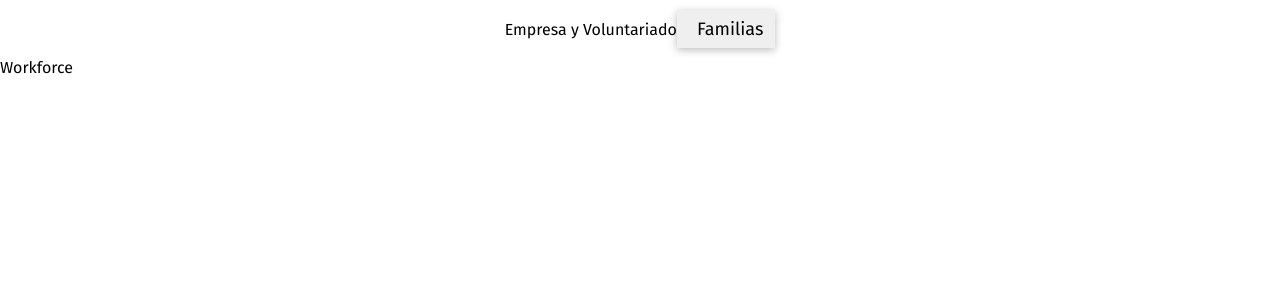
Repository: Synergy-club/reconstruction
Page: /
The author's editor kept a copy of each file at every save. The page is drawn from the files as they stood at one save, then again after the next save.
The browser window is 1280 px wide. The pictures show the whole page.
The project was rebuilt for these pictures with package versions that can differ from the ones it lists, and the page was loaded fresh each time. Also part of the build but not shown: vite.config.js, src/views/Families/Families.jsx.

Above is the page before, as saved 2024-12-10 01:13:45.

### index.html
<!DOCTYPE html>
<html lang="en">
  <head>
    <meta charset="UTF-8" />
    <link rel="icon" type="image/svg+xml" href="/vite.svg" />
    <meta name="viewport" content="width=device-width, initial-scale=1.0 user-scalable=no" />
    <meta name="description" content="Agrupación de profesionales de primer nivel de los sectores de la logística, arquitectura y construcción unidos para gestionar y coordinar los esfuerzos de reconstrucción tras las inundaciones. Garantizando la trazabilidad y transparencia de las donaciones.
      La emisión de certificados inmediatos de donaciones así como los reconocimientos al voluntariado se harán bajo el paraguas de Fundación Synergy Club internacional, una plataforma abierta que suma acciones de asociaciones y fundaciones. Siempre y todas ellas sin ninguna vinculación política y sin ánimo de lucro.
      Esta iniciativa está abierta a todos los profesionales, voluntarios y héroes vecinales que necesitan o pueden aportar recursos eficientes y de calidad para la reconstrucción.
      Nos apoyamos y promovemos las agrupaciones improvisadas de vecinos de las zonas afectadas por la catástrofe que han reaccionado y son un referente de ayuda inmediata y conocimiento real de las situaciones de sus vecinos."
    />
    <meta name="author" content="Synergy Clubs International" />
    <title>Reconstrucción Valencia</title>
  </head>
  <body>
    <div id="root"></div>
    <script type="module" src="/src/main.jsx"></script>
  </body>
</html>

### src/main.jsx
import { StrictMode } from 'react'
import { createRoot } from 'react-dom/client'
import { BrowserRouter } from 'react-router-dom'
import './assets/global-style/style.css'
import App from './App.jsx'
import { ReducerProvider } from './contexts/ReducerContext.jsx'
import { ReferenceProvider } from './contexts/ReferenceContext.jsx'

createRoot(document.getElementById('root')).render(
  <StrictMode>
    <BrowserRouter>
      <ReducerProvider>
        <ReferenceProvider>
          <App />
        </ReferenceProvider>
      </ReducerProvider>
    </BrowserRouter>
  </StrictMode>
)

### src/assets/global-style/style.css
@import url('https://fonts.googleapis.com/css2?family=Fira+Sans:ital,wght@0,100;0,200;0,300;0,400;0,500;0,600;0,700;0,800;0,900;1,100;1,200;1,300;1,400;1,500;1,600;1,700;1,800;1,900&display=swap');
:root {
  /* BACKGROUND COLOR */
  --bg-dark: #222222;
  --bg-white: #ffffff;

  /*FONT*/
  --font-main: 'Fira Sans', sans-serif;

  /*COLOR TEXT*/
  --text-primary: #222222;

  /*SPACING AND ROUNDED*/
  --spacing-xs: 8px;
  --spacing-s: 12px;
  --spacing-m: 16px;
  --spacing-l: 24px;
  --spacing-xl: 48px;

  /*FONT SIZE*/
  --font-size-xs: 12px;
  --font-size-s: 16px;
  --font-size-m: 18px;
  --font-size-l: 22px;
  --font-size-xl: 28px;
}
* {
  margin: 0;
  padding: 0;
  box-sizing: border-box;
  font-family: var(--font-main);
}

html {
  scroll-behavior: smooth;
}
h1,
h2,
h3,
h4,
h5 {
  font-size: var(--font-size-xl);
}
p,
button,
li {
  font-size: var(--font-size-m);
}

ul {
  list-style-type: disc;
  padding-left: 20px;
}
a {
  text-decoration: none;
}
button {
  cursor: pointer;
  padding: var(--spacing-xs) var(--spacing-s);
  text-transform: capitalize;
  border: none;
  transition: all 0.3s ease-in-out;
  box-shadow: 0 2px 8px rgba(0, 0, 0, 0.267);
  display: flex;
  justify-content: center;
  align-items: center;
  gap: 8px;
}

button:hover {
  transform: scale(0.98);
}

@keyframes fadeInUp {
  0% {
    opacity: 0;
    transform: translateY(20px);
  }
  100% {
    opacity: 1;
    transform: translateY(0);
  }
}

.fadeIn {
  opacity: 1;
  animation: fadeInUp 0.5s ease-in;
}

@keyframes show {
  from {
    opacity: 0;
    scale: 50%;
  }
  to {
    opacity: 1;
    scale: 100%;
  }
}

@media (max-width: 850px) {
  h1,
  h2,
  h3,
  h4,
  h5 {
    font-size: var(--font-size-xl);
  }

  button,
  li,
  p {
    font-size: var(--font-size-s);
    line-height: 20px;
  }
}

@media (max-width: 400px) {
  h1,
  h2,
  h3,
  h4,
  h5 {
    font-size: var(--font-size-xl);
  }
  li,
  button,
  a {
    font-size: var(--font-size-s);
  }
  p {
    font-size: 14px;
  }
}

### src/App.jsx
import { Route, Routes } from 'react-router-dom'
import Layout from './layout/Layout'
import Workforce  from './views/Workforce/Workforce '
import Families from './views/Families/Families'
import NotFound from './views/404/NotFound'

const App = () => {
  return (
    <Routes>
      <Route path='/' element={<Layout />}>
        <Route index element={<Workforce  />} />
        <Route path='familias' element={<Families />} />
        {/*ERROR LINK*/}
        <Route path='*' element={<NotFound />} />
        <Route />
      </Route>
    </Routes>
  )
}

export default App

### src/contexts/ReducerContext.jsx
import { createContext } from 'react'

export const ReducerContext = createContext()
export const ReducerProvider = ({children}) => {
  return (
    <ReducerContext.Provider value={{}}>{ children }</ReducerContext.Provider>
  )
}

### src/contexts/ReferenceContext.jsx
import { createContext } from 'react'

export const ReferenceContext = createContext()

export const ReferenceProvider = ({ children }) => {
  return <ReferenceContext.Provider value={{}}>{children}</ReferenceContext.Provider>
}

### src/layout/Layout.jsx

import { Fragment } from 'react'
import { Outlet } from 'react-router-dom'
import Header from '../components/Header/Header'

const Layout = () => {
  return (
    <Fragment>
    <header><Header /></header>
    <div>
      <Outlet />

    </div>
    </Fragment>
  )
}

export default Layout

### src/views/Workforce/Workforce .jsx
const Workforce = () => {
  return <div>Workforce </div>
}

export default Workforce

### src/views/404/NotFound.jsx
import React, { useEffect } from 'react'
import { useNavigate } from 'react-router-dom'

const NotFound = () => {
  const navigate = useNavigate()
  useEffect(() => {
    const timeout = setTimeout(() => {
      navigate('../')
    }, 300)
    return () => clearTimeout(timeout)
  }, [navigate])
}

export default NotFound

### src/components/Header/Header.jsx
import { Link } from 'react-router-dom'
import './Header.css'

const Header = () => {
  return (
    <nav className='nav__container'>
      <div><Link to='/' />Empresa y Voluntariado</div>
      <button><Link to='familias' />Familias</button>
    </nav>
  )
}

export default Header

### src/components/Header/Header.css
.nav__container{
  width:100%;
  padding: 10px 50px;
  display: flex;
  justify-content: center;
  align-items: center;

}

After the next save:
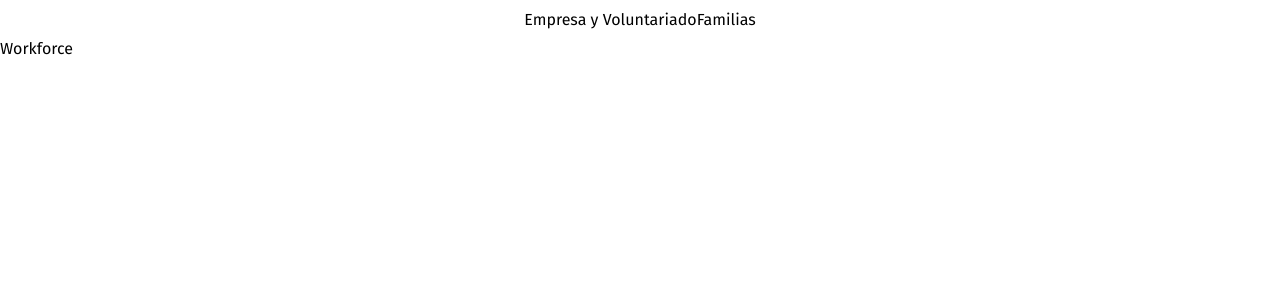
Saved 4 s later.
--- a/src/components/Header/Header.jsx
+++ b/src/components/Header/Header.jsx
@@ -5,7 +5,7 @@ const Header = () => {
   return (
     <nav className='nav__container'>
       <div><Link to='/' />Empresa y Voluntariado</div>
-      <button><Link to='familias' />Familias</button>
+      <div><Link to='familias' />Familias</div>
     </nav>
   )
 }
